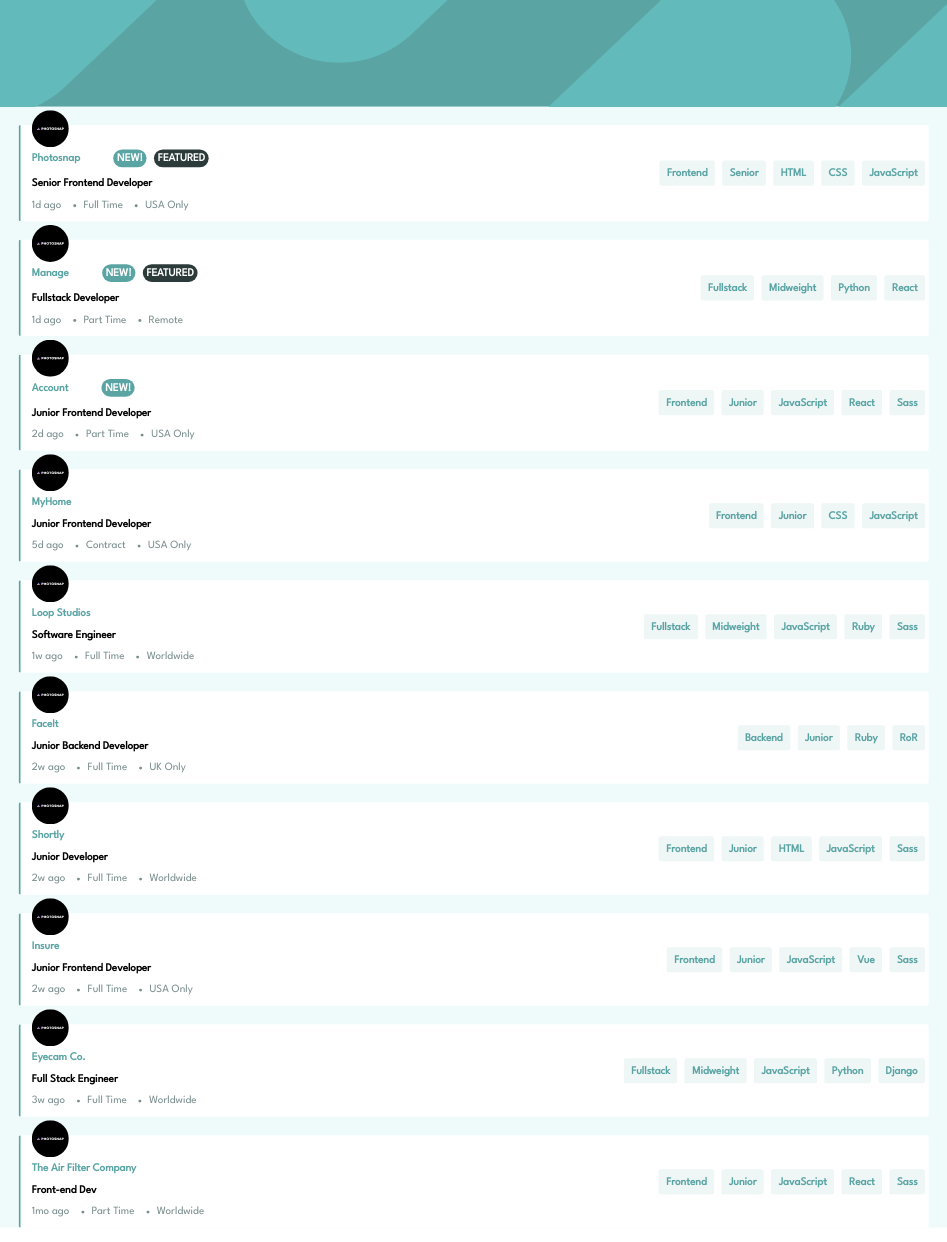
Repository: DevLaukey/job-listing
Page: /
These files come from the project's save history. The page is drawn as it stood at one moment and after the next save; the edit follows.
The browser window is 1280 px wide. The pictures show the whole page, at 74% of full size.
Some web fonts or font styles are not loaded; a fallback is used. The project was rebuilt for these pictures with package versions that can differ from the ones it lists, and the page was loaded fresh each time.

Above is the page before, as saved 2022-06-03 00:30:14.

After the next save:
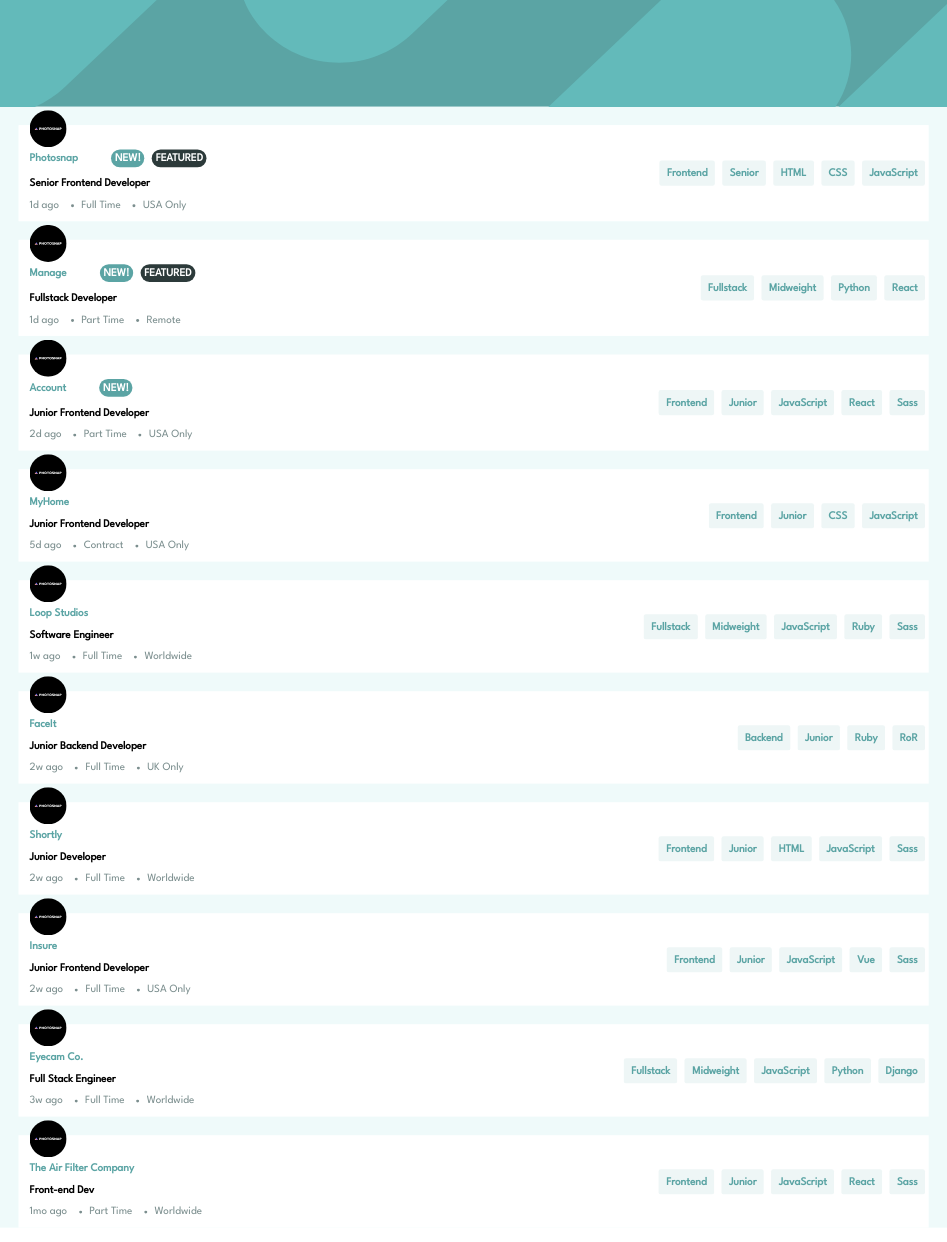
Saved 2 min 16 s later.
--- a/src/components/styles.css
+++ b/src/components/styles.css
@@ -4,12 +4,15 @@
   background-color: hsl(180, 29%, 50%);
 }
 .tablet {
-  border-left: 3px solid hsl(180, 29%, 50%);
-  border-radius: 3px;
-  background-color: white;
-  margin: 25px 25px 20px 25px;
-  font-family: "League Spartan", sans-serif;
-  font-weight: 700;
+    background-color: white;
+    margin: 25px 25px 20px 25px;
+    font-family: "League Spartan", sans-serif;
+    font-weight: 700;
+}
+.boarder{
+    border-left: 3px solid hsl(180, 29%, 50%);
+    border-radius: 3px;
+
 }
 .tablet_content {
   margin-left: 15px;

After the 6 saves that followed:
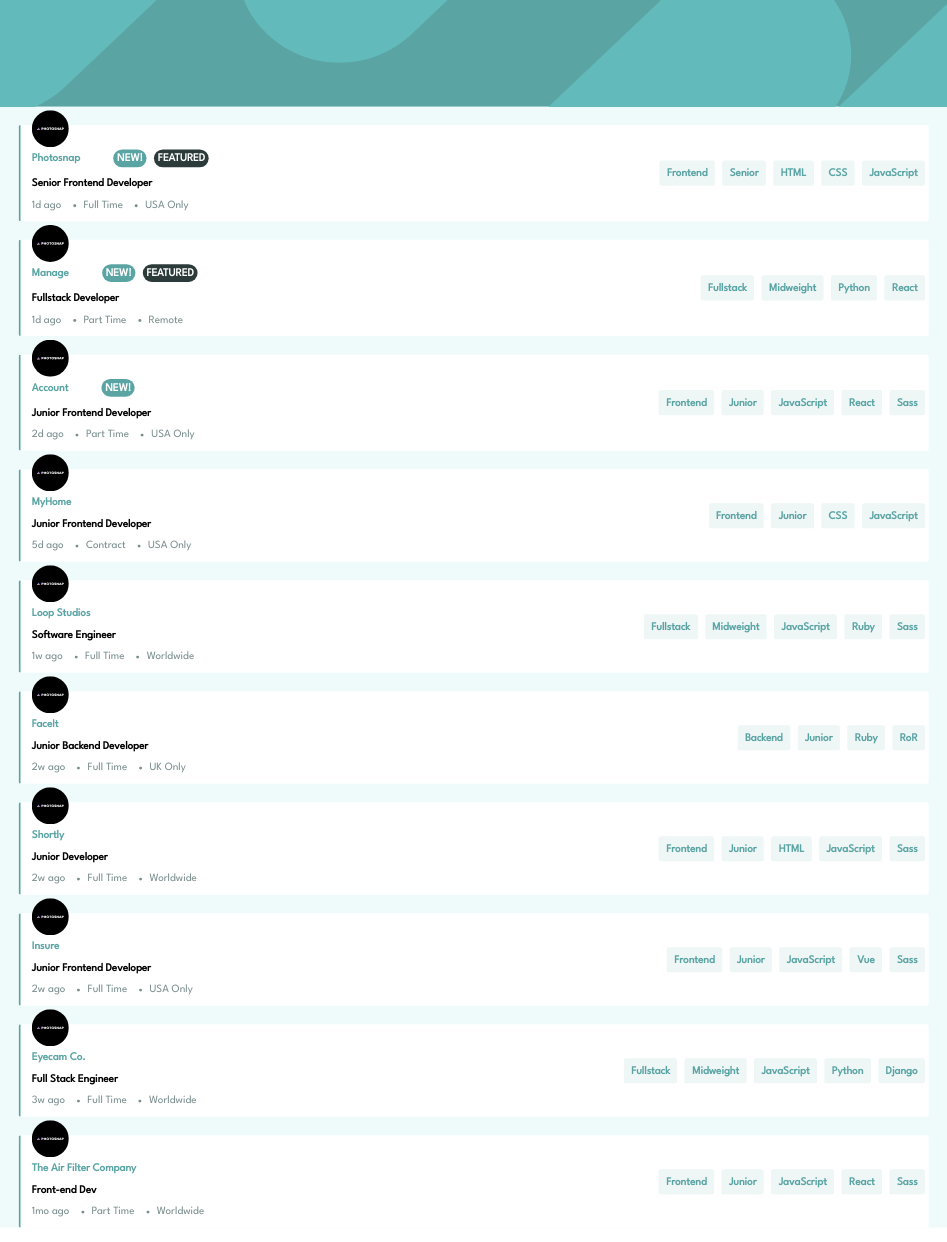
The 6 saves are shown as one change because 5 left the picture as it was.
The last was saved 6 min 59 s later.
--- a/src/components/Tablet.js
+++ b/src/components/Tablet.js
@@ -1,13 +1,13 @@
 import React from "react";
 import "./styles.css";
 import logos from "./images/photosnap.svg";
-function Tablet({ company, logo, neew, featured, position, role, level, postedAt, contract, location, languages, tools }) {
+function Tablet({ key, company, logo, neew, featured, position, role, level, postedAt, contract, location, languages, tools }) {
     // console.log(logo);
     // const logos = require(logo).default;
     // console.log(logos)
     return (
-      <div className="tablet">
-        <div className="tablet_content">
+      <div className="tablet boarder">
+        <div className="tablet_content" >
           <img className="image" src={logos} alt="" />
 
           <div className="heading">
